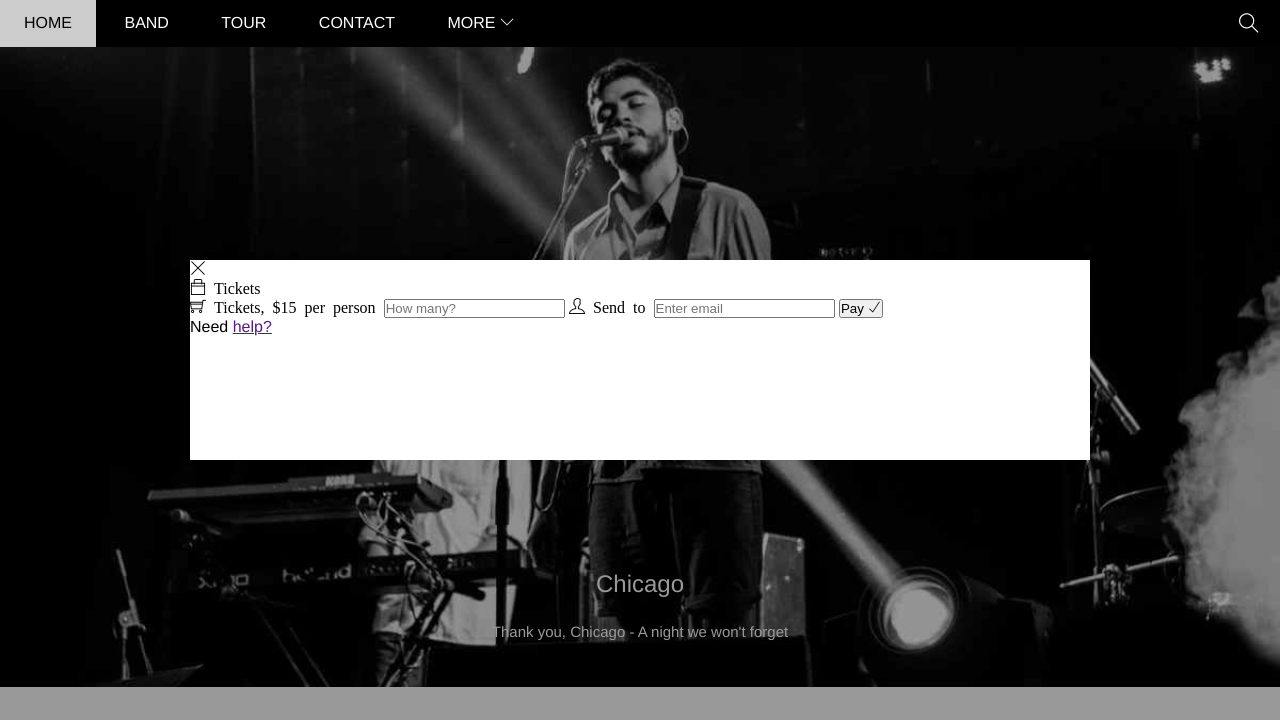
Repository: qhoa25623/The-Band
Page: index.html
These files come from the project's save history. The page is drawn as it stood at one moment and after a run of saves; the edit follows.
The browser window is 1280 px wide. The pictures show the window.
A layer covers the whole window, so only the first screen is drawn.

Above is the page before, as saved 2022-04-27 22:31:59.

After the next 2 saves:
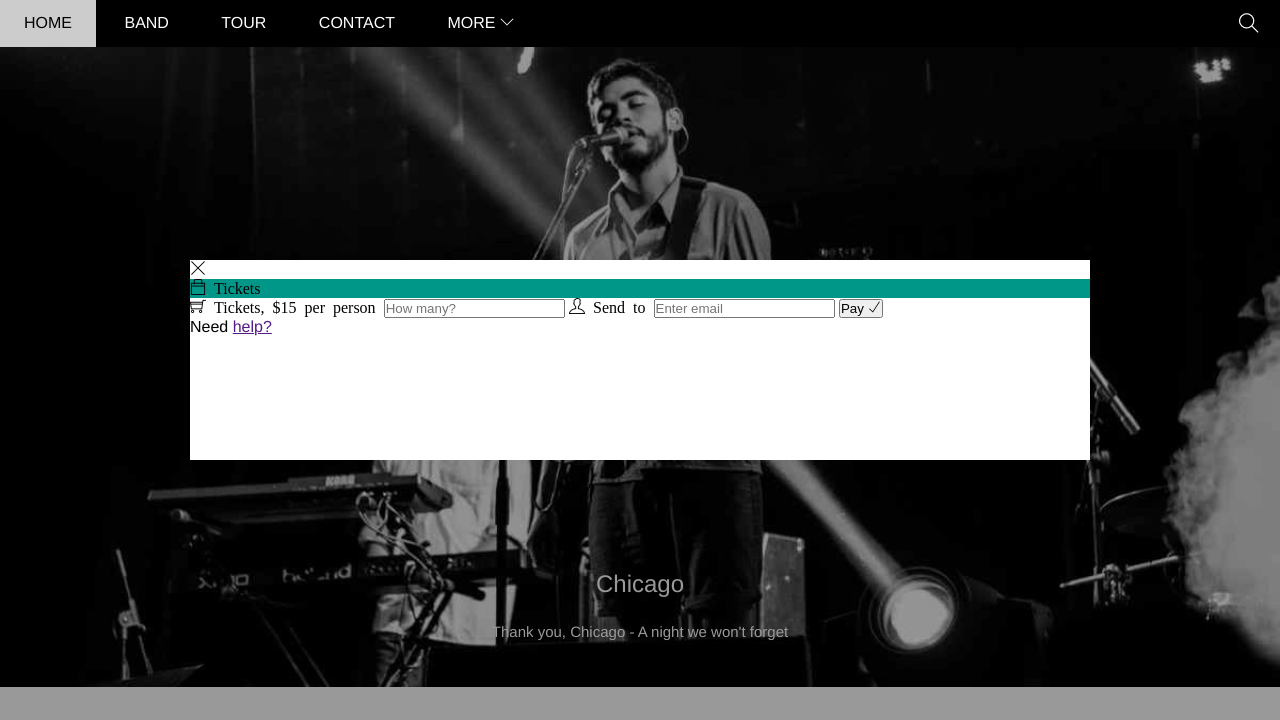
The 2 saves are shown as one change because they came seconds apart.
The last was saved 8 s later.
--- a/assets/css/styles.css
+++ b/assets/css/styles.css
@@ -247,5 +247,6 @@ html {
 }
 
 .modal-header{
-  background:#00968;
-}
+  background:#009688;
+
+}
